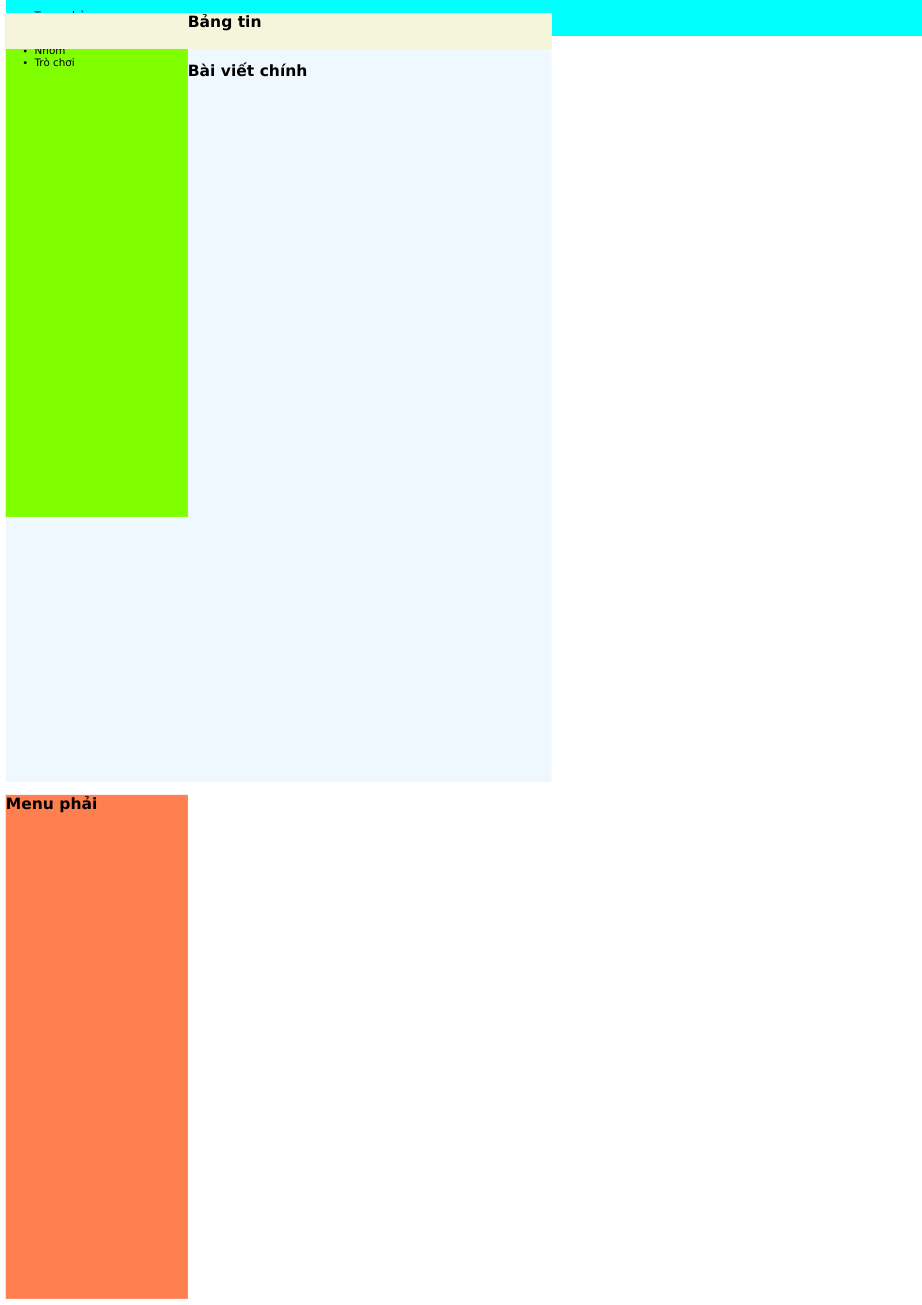
Repository: congle98/CSS_LayoutFacebookCoBan
Page: index.html
These files come from the project's save history. The page is drawn as it stood at one moment and after a run of saves; the edit follows.
The browser window is 1280 px wide. The pictures show the whole page, at 72% of full size.

Above is the page before, as saved 2021-05-26 15:39:04.

After the next 5 saves:
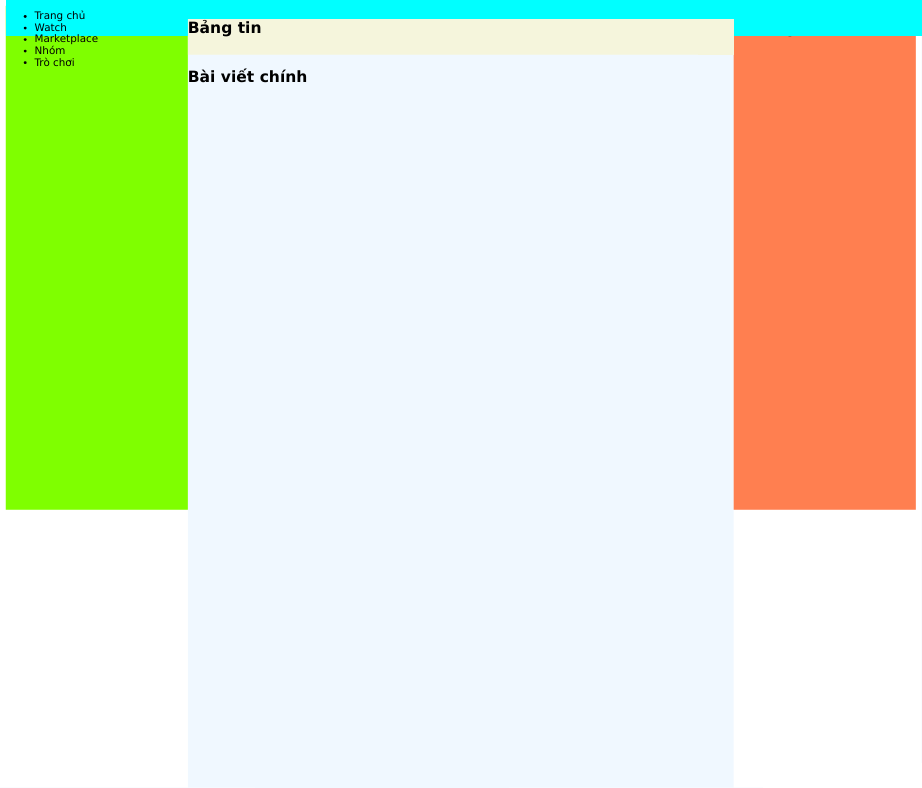
The 5 saves are shown as one change because they came seconds apart.
The last was saved 17 s later.
--- a/index.html
+++ b/index.html
@@ -26,11 +26,12 @@
             height: 700px;
         }
         section{
+            float: left;
             width: 60%;
             background-color:aliceblue;
         }
         #sidebar-right{
-
+            float: right;
             width: 20%;
             background-color:coral;
             height: 700px;
